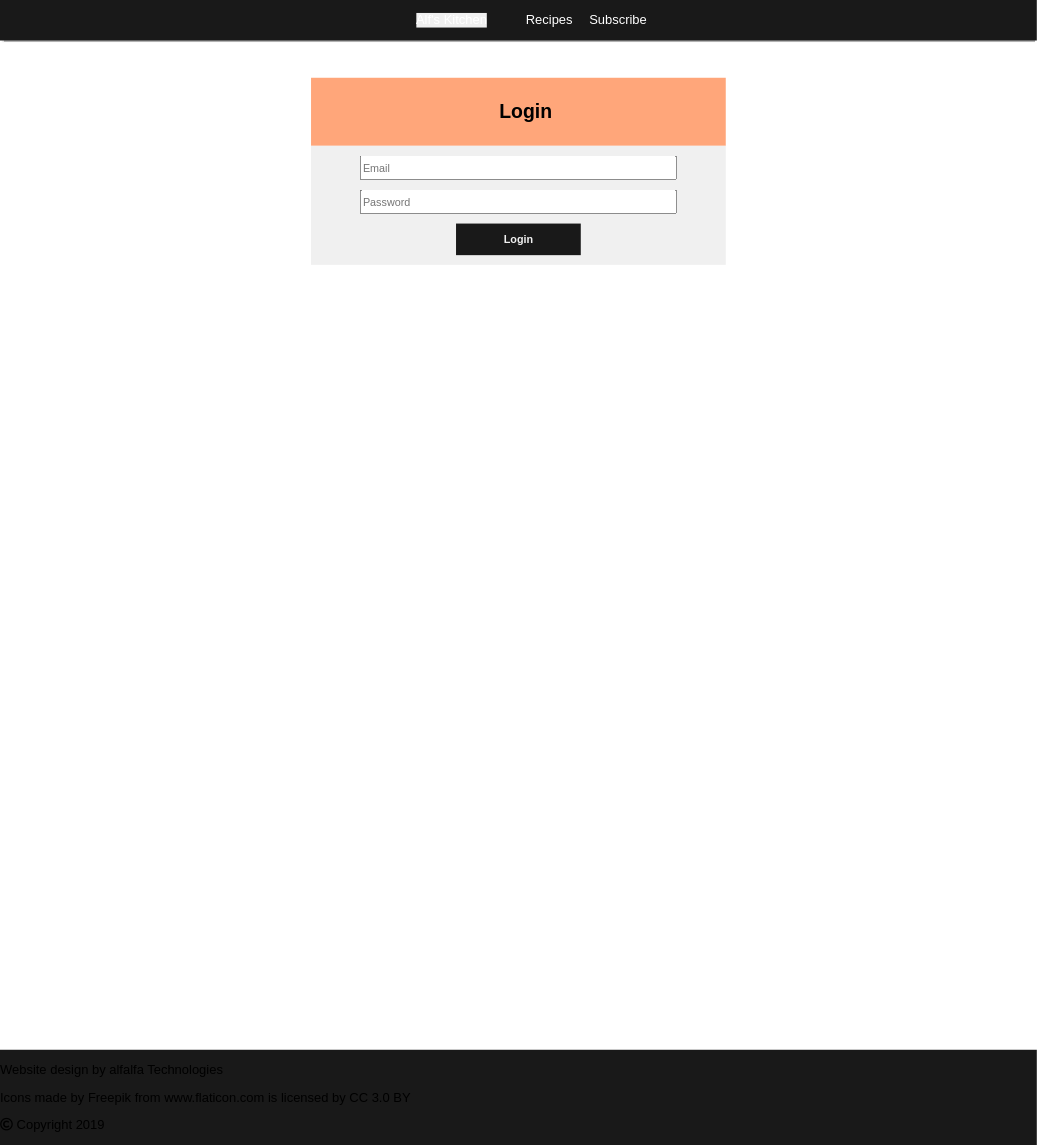
Repository: talfers/alfs-kitchen
Page: http://localhost/login
The author's editor kept a record of every edit. The page is drawn from the files as they stood at one moment, then again after the next edit.
The browser window is 1280 px wide. The pictures show the whole page, at 81% of full size.
Some web fonts or font styles are not loaded; a fallback is used. Some web libraries are served in a nearby version. The page is served by the project's Node server (app.js).

Above is the page before.

After the next edit:
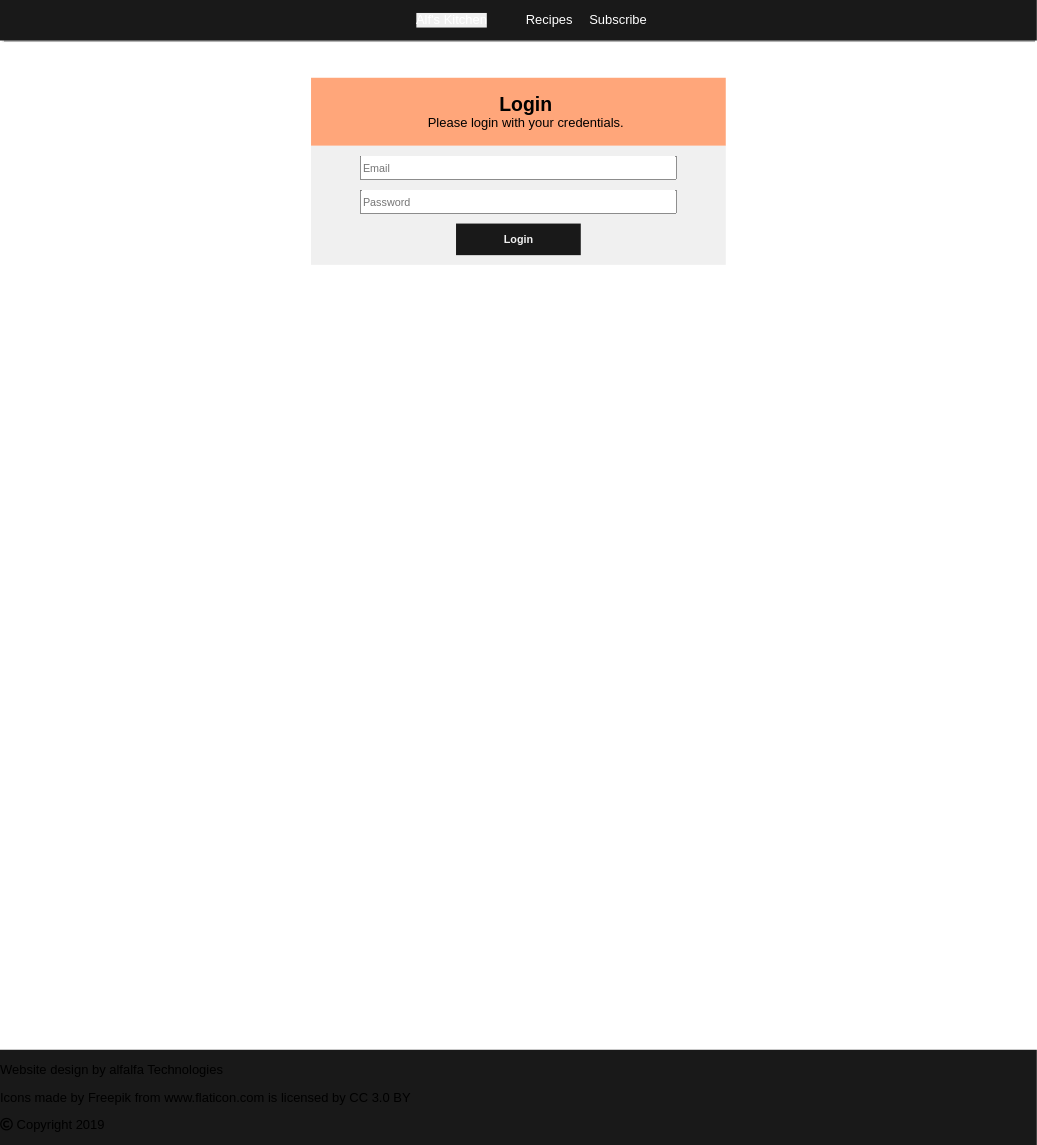
The edit:
--- a/views/login.ejs
+++ b/views/login.ejs
@@ -3,6 +3,7 @@
 <div class='form-container'>
     <div class='form-header'>
         <h3>Login</h3>
+        <p>Please login with your credentials.</p>
     </div>
     <form action='/login' method='POST' id='user-form'>
         <input placeholder='Email' type='email' name='username'>
